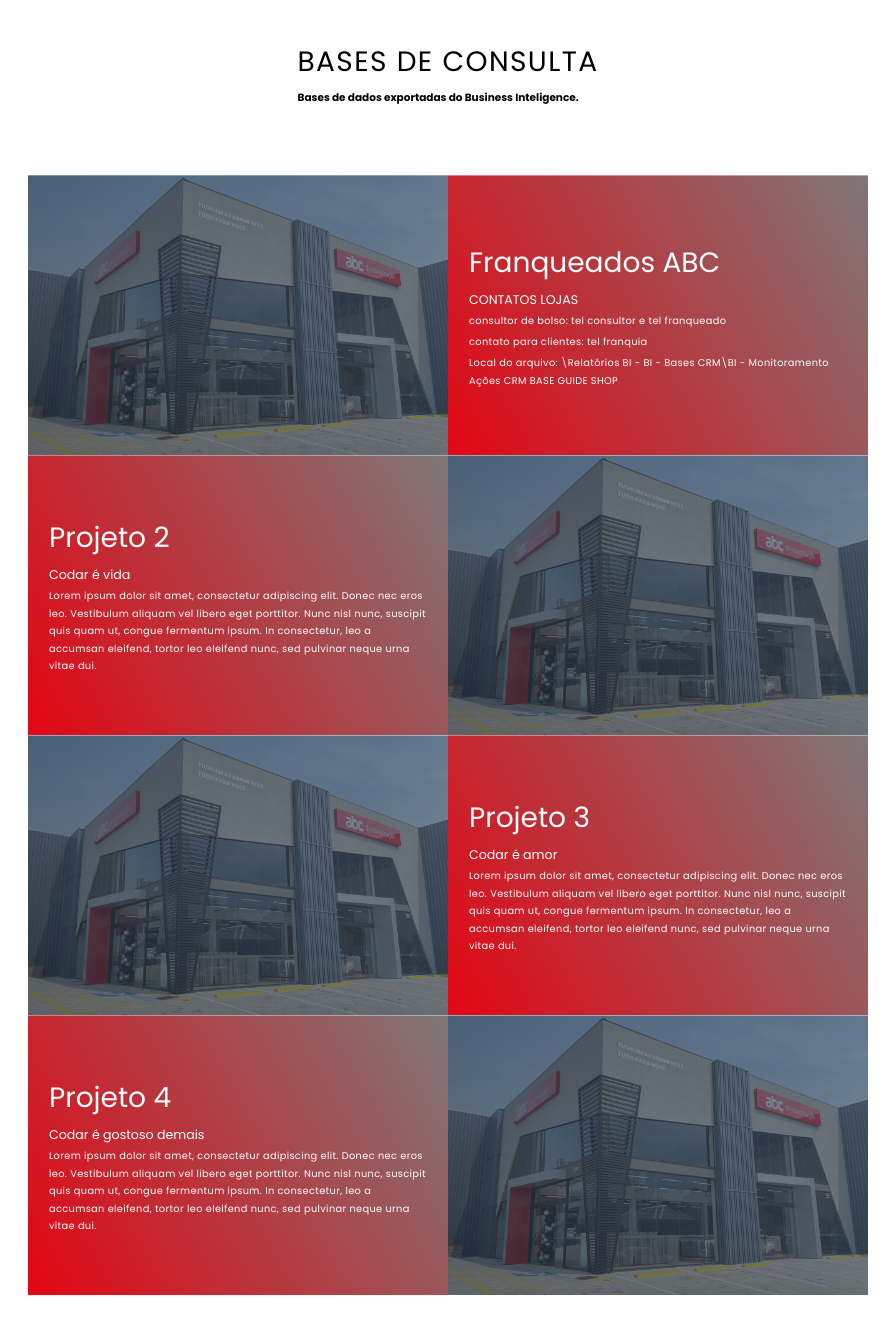
Repository: douglasabnovato/apresentacao
Page: index.html
The author's editor kept a copy of each file at every save. The page is drawn from the files as they stood at one save, then again after a run of saves.
The browser window is 1280 px wide. The pictures show the part of the page from y = 1966 to 3886 px (the page is 13502 px tall), at 70% of full size.

Above is the page before, as saved 2025-01-14 16:58:45.

After the next 2 saves:
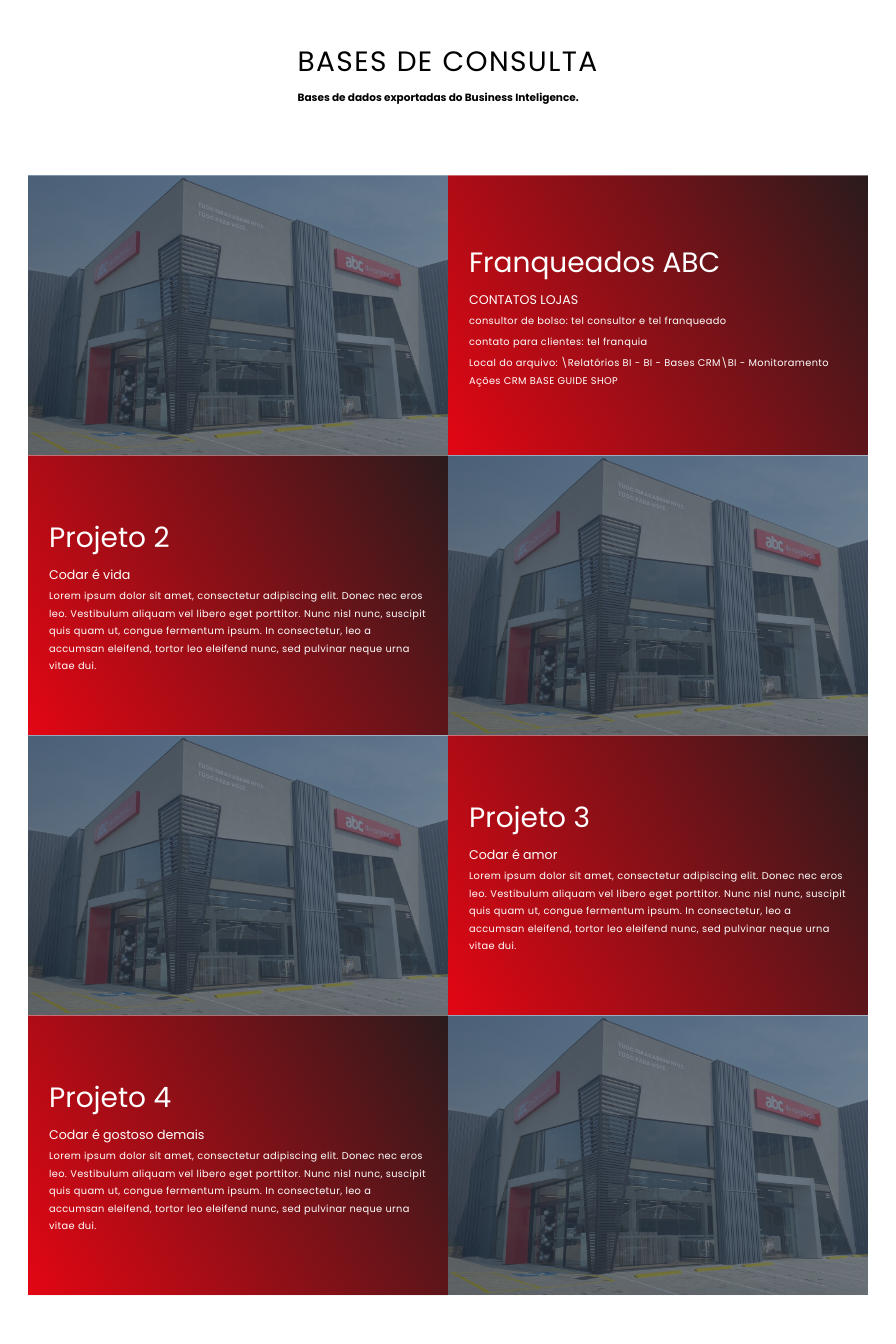
The 2 saves are shown as one change because they came seconds apart.
The last was saved 106 s later.
--- a/style.css
+++ b/style.css
@@ -278,7 +278,7 @@ p {
   align-items: flex-start;
   justify-content: center;
   flex-direction: column;
-  background-image: linear-gradient(60deg, #E30613 0%, #7e7777 100%);
+  background-image: linear-gradient(60deg, #E30613 0%, #2a1b1c 100%);
   color: white;
 }
 
